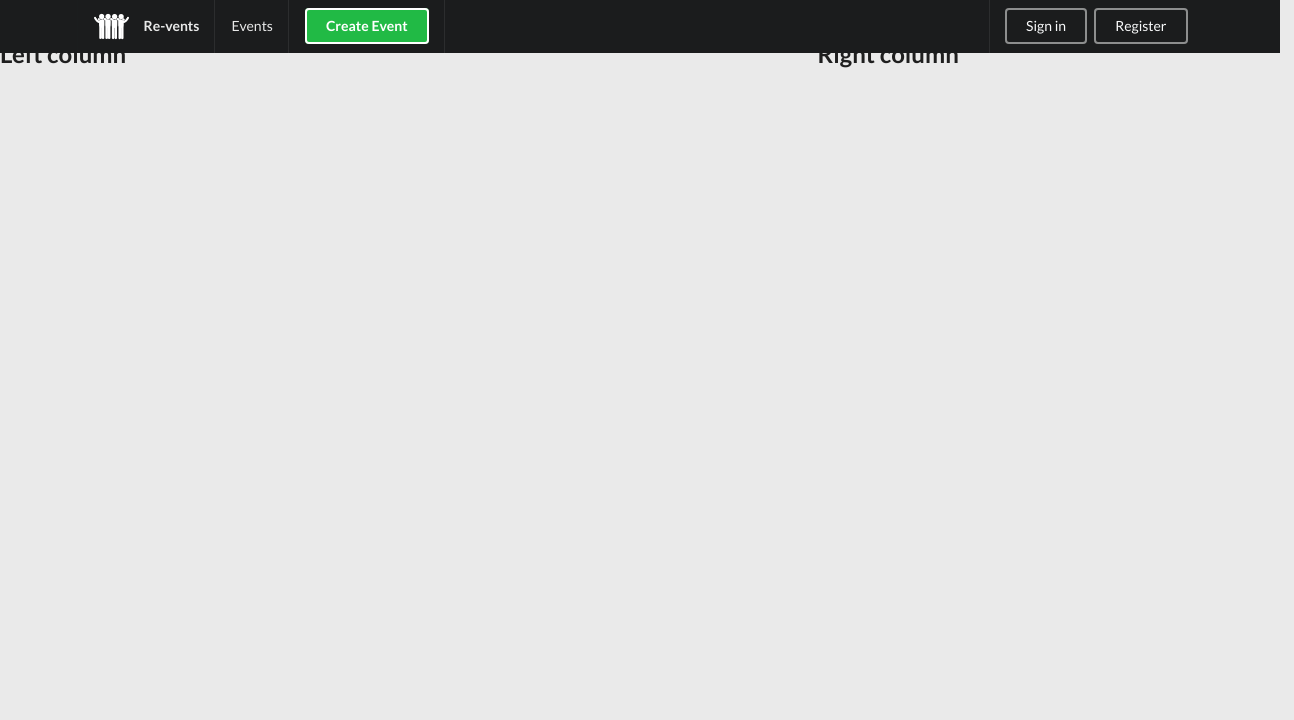
Repository: Preranabaruah/react-semantic-ui
Page: /
An editor plug-in stored every save of this project. The page is shown before and after the next save, followed by the edit.
The browser window is 1280 px wide. The page is 1294 px wide, then 1280 px, then 1294 px, so the pictures cover 1294 px, including what lies to the right of the window. The pictures show the whole page.
The project was rebuilt for these pictures with package versions that can differ from the ones it lists, and the page was loaded fresh each time. Also part of the build but not shown: vite.config.ts.

Above is the page before, as saved 2023-09-08 13:40:58.

### index.html
<!doctype html>
<html lang="en">
  <head>
    <meta charset="UTF-8" />
    <link rel="icon" type="image/svg+xml" href="/vite.svg" />
    <meta name="viewport" content="width=device-width, initial-scale=1.0" />
    <title>Re-vents</title>
  </head>
  <body>
    <div id="root"></div>
    <script type="module" src="/src/index.tsx"></script>
  </body>
</html>

### src/index.tsx
import React from "react";
import ReactDOM from "react-dom/client";
import App from "./App.tsx";
import "semantic-ui-css/semantic.min.css";
import "./style.css";
ReactDOM.createRoot(document.getElementById("root")!).render(
  <React.StrictMode>
    <App />
  </React.StrictMode>
);

### src/App.tsx
import EventDashboard from "./features/events/event-dashboard";
import NavBar from "./features/nav-bar";

function App() {
  return (
    <>
      <div>
        <NavBar />
        <EventDashboard />
      </div>
    </>
  );
}

export default App;

### src/style.css
body {
  background-color: #eaeaea;
  margin: 0;
}

### src/features/events/event-dashboard/index.tsx
import { Grid } from "semantic-ui-react";
const EventDashboard = () => {
  return (
    <>
      <Grid>
        <Grid.Column width={10}>
          <h2>Left column</h2>
        </Grid.Column>
        <Grid.Column width={6}>
          <h2>Right column</h2>
        </Grid.Column>
      </Grid>
    </>
  );
};

export default EventDashboard;

### src/features/nav-bar/index.tsx
import { Menu, Container, Button } from "semantic-ui-react";

const NavBar = () => {
  return (
    <>
      <Menu inverted fixed="top">
        <Container>
          <Menu.Item header>
            <img src="/public/assets/logo.png" style={{ marginRight: 15 }} />
            Re-vents
          </Menu.Item>
          <Menu.Item name="Events" />
          <Menu.Item>
            <Button positive inverted content="Create Event" />
          </Menu.Item>
          <Menu.Item position="right">
            <Button basic inverted content="Sign in" />
            <Button basic inverted content="Register" style={{ marginLeft: "0.5em" }} />
          </Menu.Item>
        </Container>
      </Menu>
    </>
  );
};

export default NavBar;

After the next save:
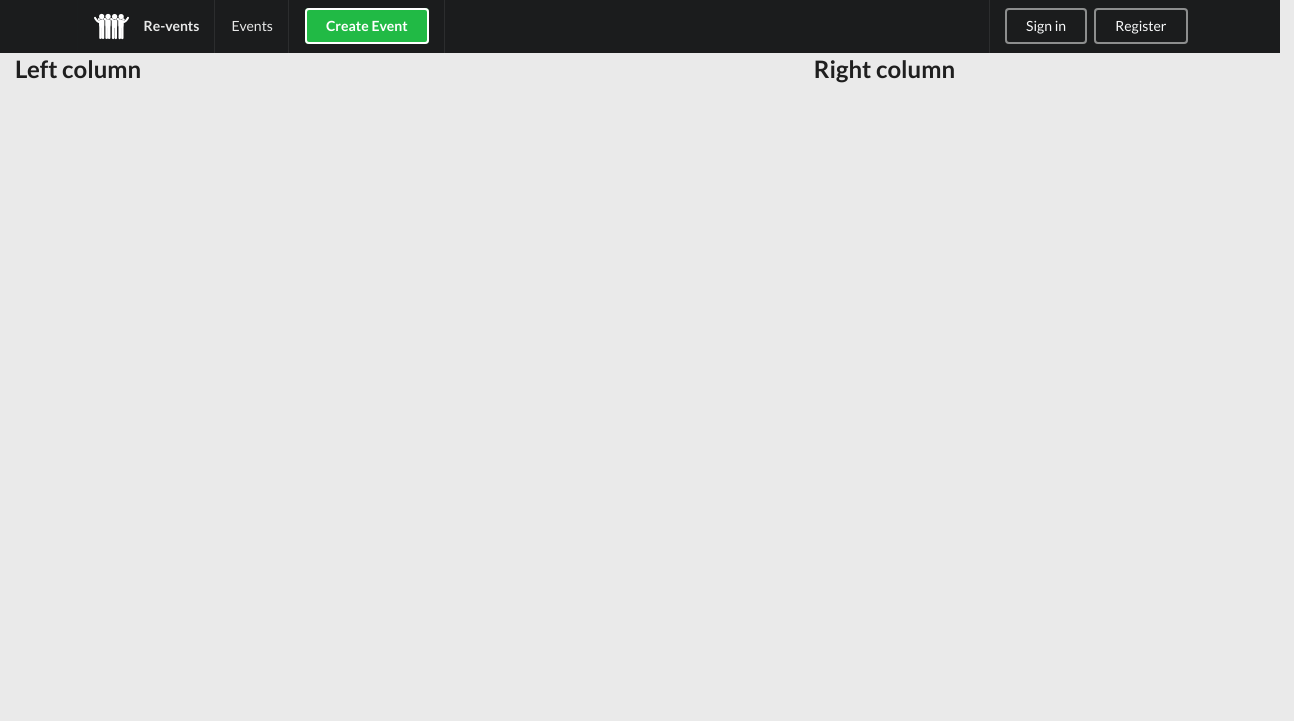
Saved 5 s later.
--- a/src/style.css
+++ b/src/style.css
@@ -1,4 +1,4 @@
 body {
   background-color: #eaeaea;
-  margin: 0;
+  margin: 15px;
 }

After the save that followed:
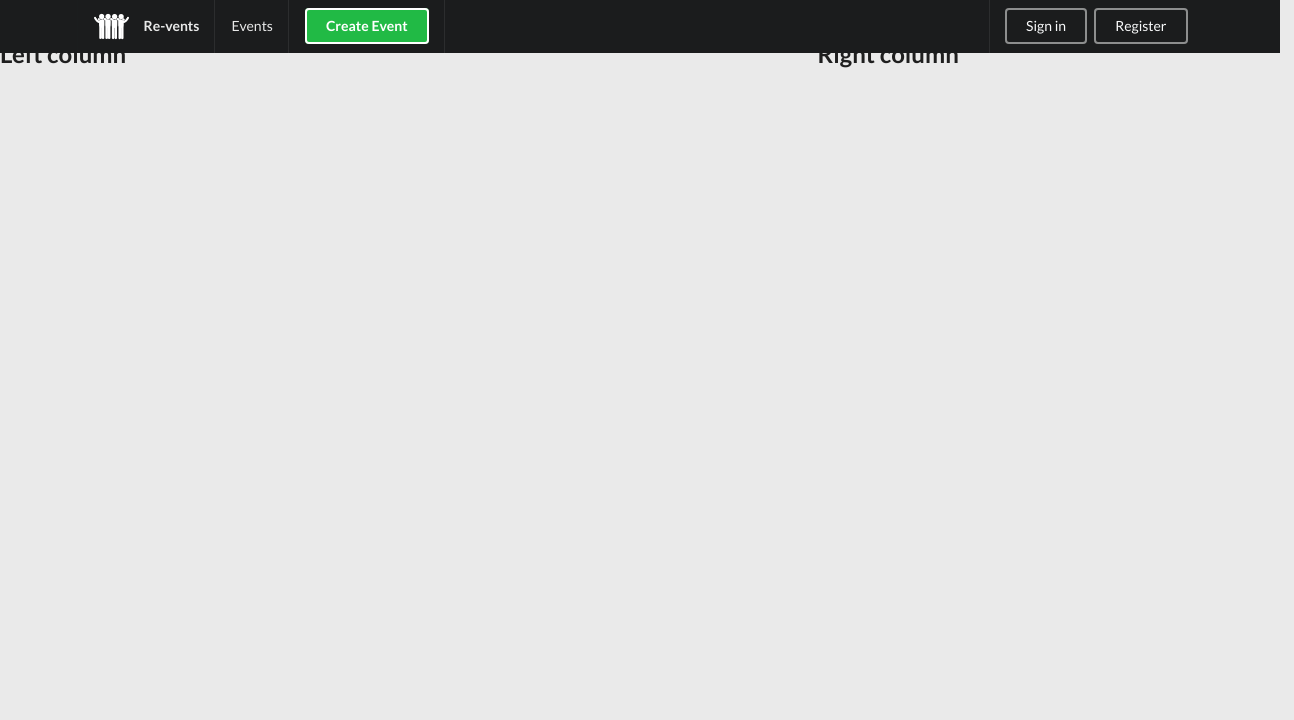
Saved 4 s later.
--- a/src/style.css
+++ b/src/style.css
@@ -1,4 +1,3 @@
 body {
   background-color: #eaeaea;
-  margin: 15px;
 }
